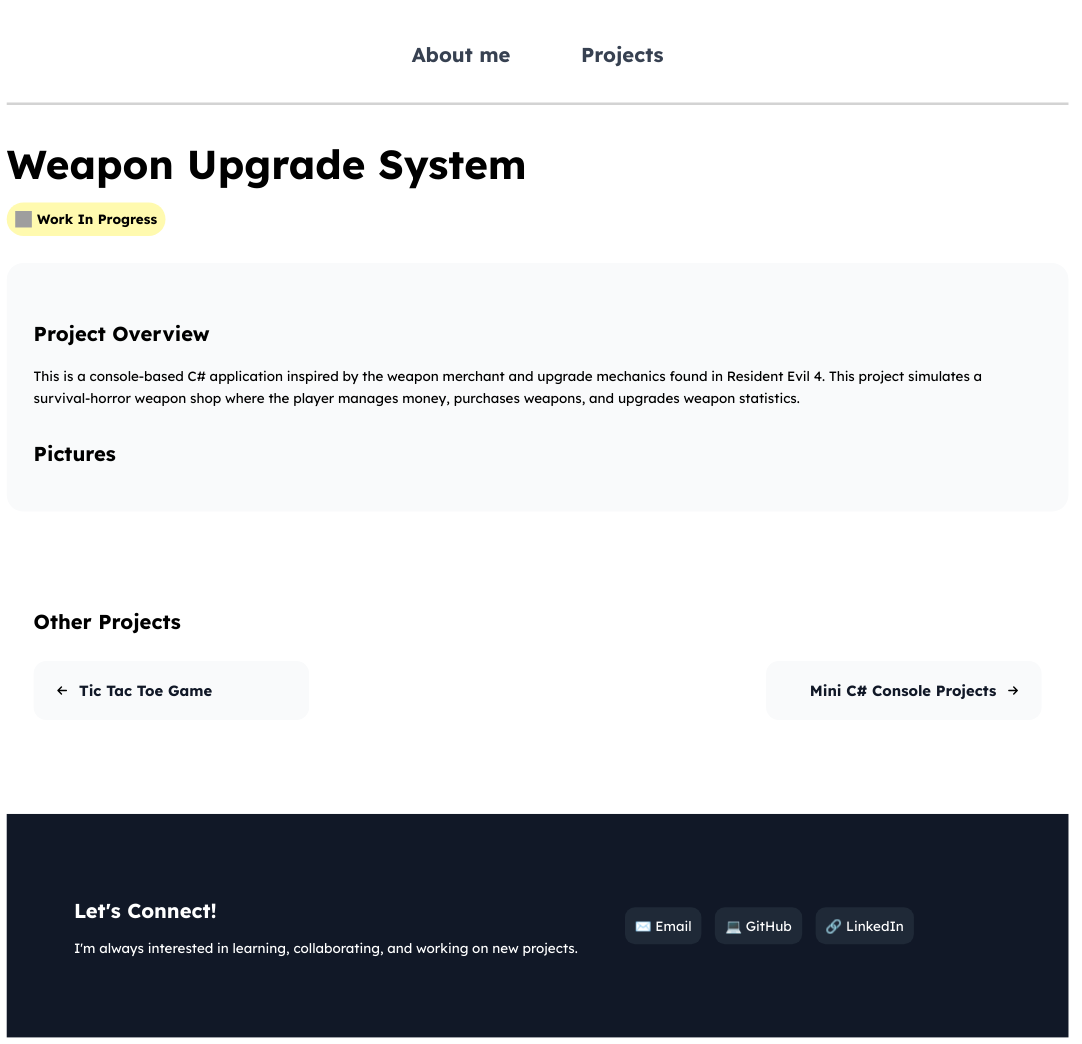
Repository: perrybalaba/perrybalaba
Page: pages/weapon-upgrade.html
These files come from the project's save history. The page is drawn as it stood at one moment and after the next save; the edit follows.
The browser window is 1280 px wide. The page is 1280 px wide, then 1288 px, so the pictures cover 1288 px, including what lies to the right of the window. The pictures show the whole page, at 84% of full size.
Pictures or frames that could not be fetched are drawn as grey boxes.

Above is the page before, as saved 2026-05-14 18:38:22.

After the next save:
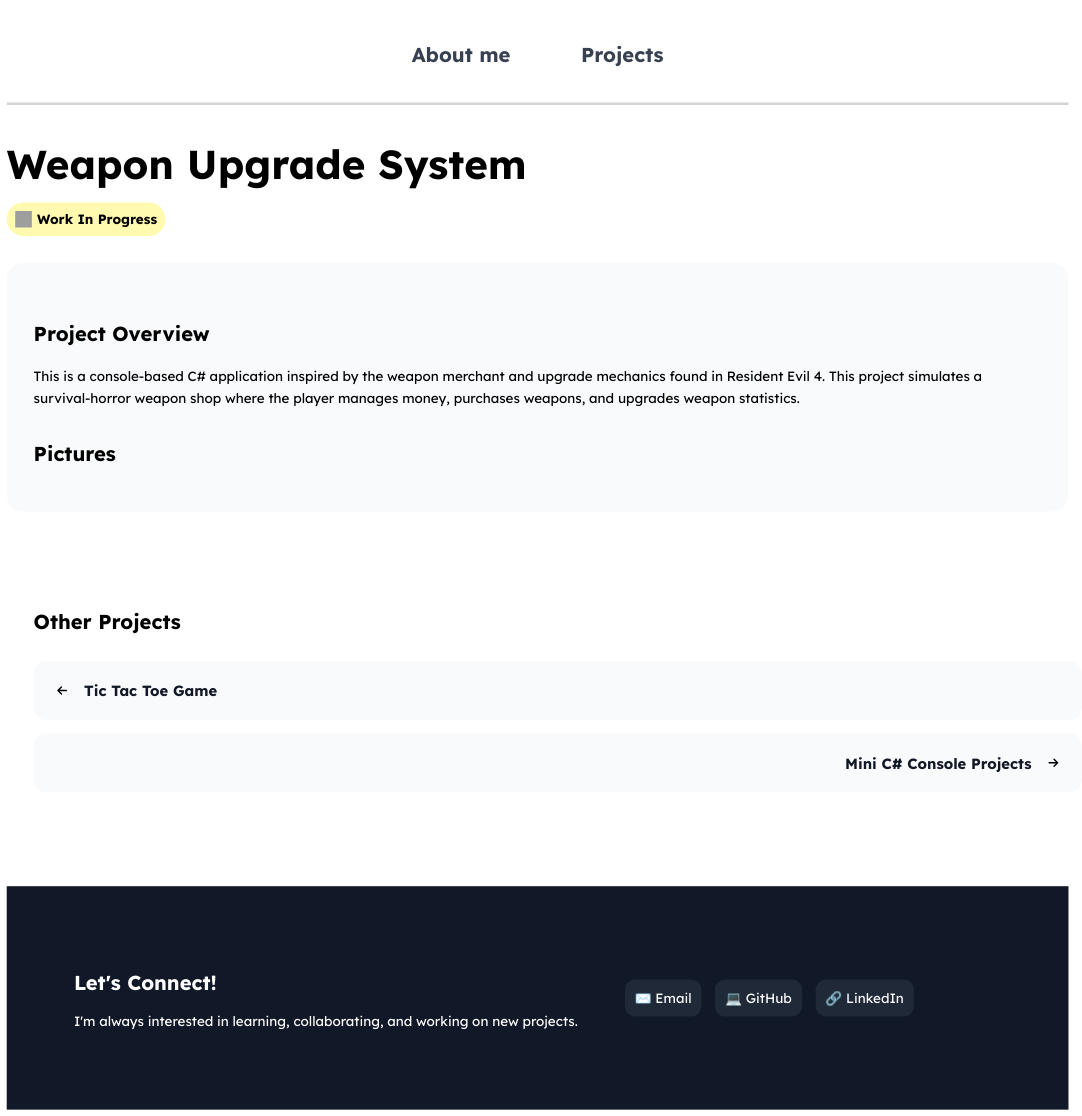
Saved 2 min 30 s later.
--- a/styles/projects.css
+++ b/styles/projects.css
@@ -88,9 +88,8 @@ nav ul li a:hover {
 
 .Other-Projects-Container {
     display: flex;
-    justify-content: space-between;
-    align-items: center;
-    width: 100%;
+    flex-direction: column;
+    gap: 1rem;
     margin-top: 2rem;
 }
 
@@ -102,7 +101,7 @@ nav ul li a:hover {
     background-color: #f9fafb;
     padding: 1.5rem;
     border-radius: 15px;
-    width: 280px;
+    width: 100%;
     transition: 0.2s ease;
 }
 
@@ -118,7 +117,7 @@ nav ul li a:hover {
     font-size: 1.1rem;
     display:flex;
     align-items: center;
-    gap: 10px;
+    gap: 1rem;
 }
 
 .Other-Projects-Card img {
